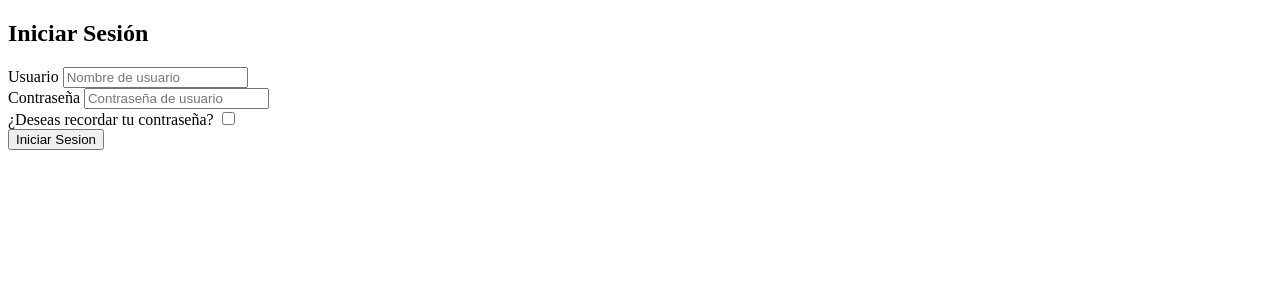
Repository: taborracho/Formulario
Page: index.html
An editor plug-in stored every save of this project. The page is shown before and after the next save, followed by the edit.
The browser window is 1280 px wide. The pictures show the whole page.

Above is the page before, as saved 2021-07-14 19:29:18.

### index.html
<!DOCTYPE html>
<html lang="es">
  <head>
    <meta charset="UTF-8" />
    <meta http-equiv="X-UA-Compatible" content="IE=edge" />
    <meta name="viewport" content="width=device-width, initial-scale=1.0" />
    <title>Iniciar Sesion</title>

    <!-- Estilos CSS -->
  </head>
  <body class="bg-matica">
    <!-- Seccion login -->
    <section class="screen-form">
      <!-- Contenedor del formulario -->
      <div class="bg-white form-container">
        <form action="" method="POST" >
          <!-- Contenedor del titulo -->
          <div>
            <h1>Iniciar Sesi&oacute;n</h1>
          </div>

          <!-- Inputs de inicio de sesion-->
          <div>
            <label for="usuario">Usuario</label>
            <input type="text" id="usuario" placeholder="Nombre de usuario" />
          </div>

          <div>
            <label for="password">Contraseña</label>
            <input
              type="password"
              id="password"
              placeholder="Contraseña de usuario"
            />
          </div>

          <div>
            <label for="check">¿Deseas recordar tu contraseña?</label>
            <input type="checkbox" id="check" />
          </div>

          <div>
              <button type="submit">Iniciar Sesion</button>
          </div>
        </form>
      </div>
    </section>
  </body>
</html>

### styles/styles.css
/*Estilos Genarales*/
* {
    font-family: Arial, Helvetica, sans-serif;
    margin: 0;
}

/* Imagen de fondo */

/* contendedor formulario */

/* contenedores de inputs */

/* estilos de botones */

/*Alineacion Formulario*/

After the next save:
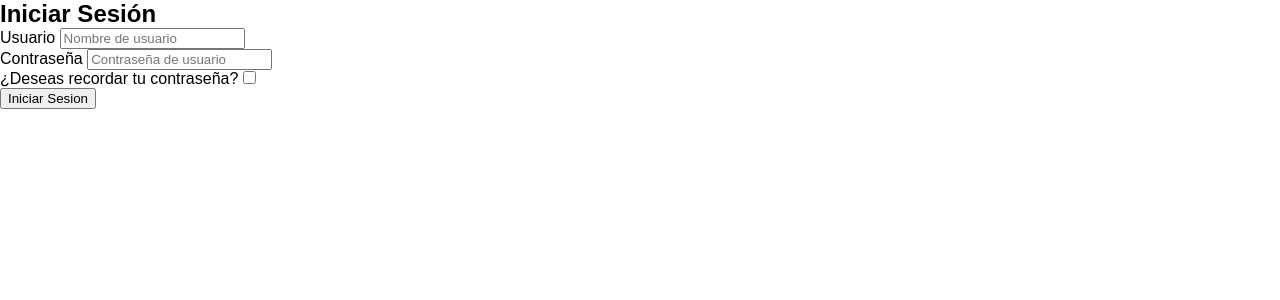
Saved 50 s later.
--- a/index.html
+++ b/index.html
@@ -7,6 +7,7 @@
     <title>Iniciar Sesion</title>
 
     <!-- Estilos CSS -->
+    <link rel="stylesheet" href="./styles/styles.css">
   </head>
   <body class="bg-matica">
     <!-- Seccion login -->
